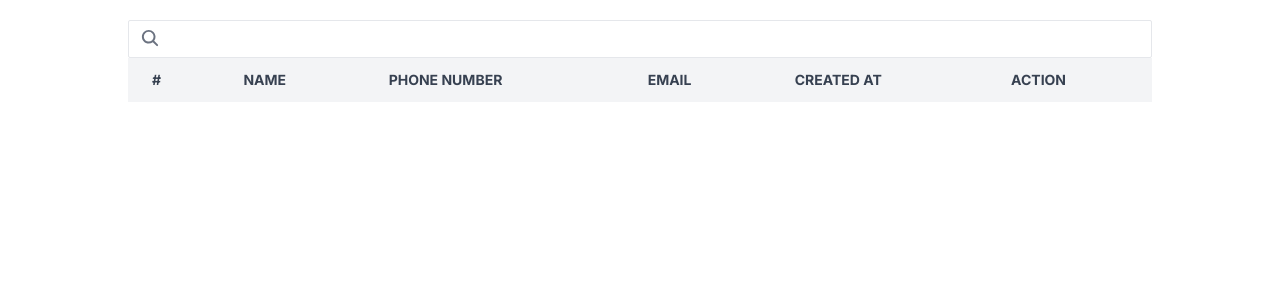
Repository: KilluaProject/crud-nextjs14
Page: /contacts
The author's editor kept a copy of each file at every save. The page is drawn from the files as they stood at one save, then again after the next save.
The browser window is 1280 px wide. The pictures show the whole page.
The project was rebuilt for these pictures with package versions that can differ from the ones it lists, and the page was loaded fresh each time. The framework's server and built-in components were replaced by stand-ins that run in the browser. Also part of the build but not shown: next.config.mjs.

Above is the page before, as saved 2024-06-30 11:35:38.

After the next save:
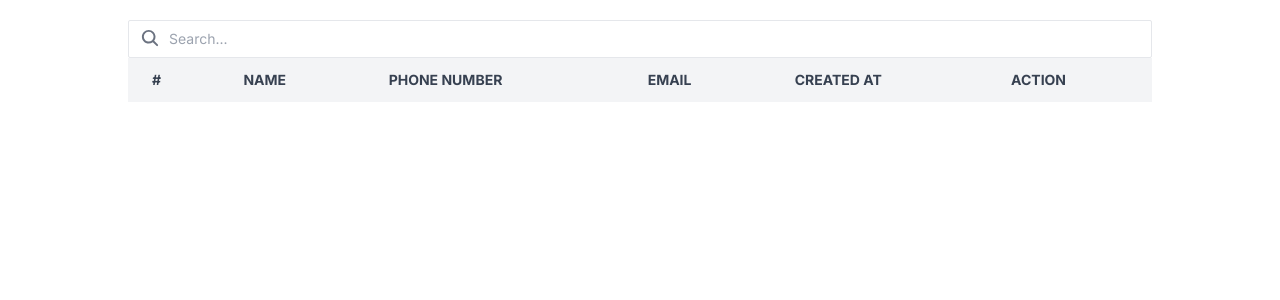
Saved 2 min 49 s later.
--- a/components/Search.tsx
+++ b/components/Search.tsx
@@ -5,8 +5,10 @@ const Search = () => {
   return (
     <div className='relative flex flex-1'>
         <input
+        placeholder='Search...'
         className='w-full border border-gray-200 py-2 pl-10 text-sm outline-2 rounded-sm'
         type="text" />
+
 
         <IoSearch className='absolute left-3 top-2 h-5 w-5 text-gray-500'/>
 
